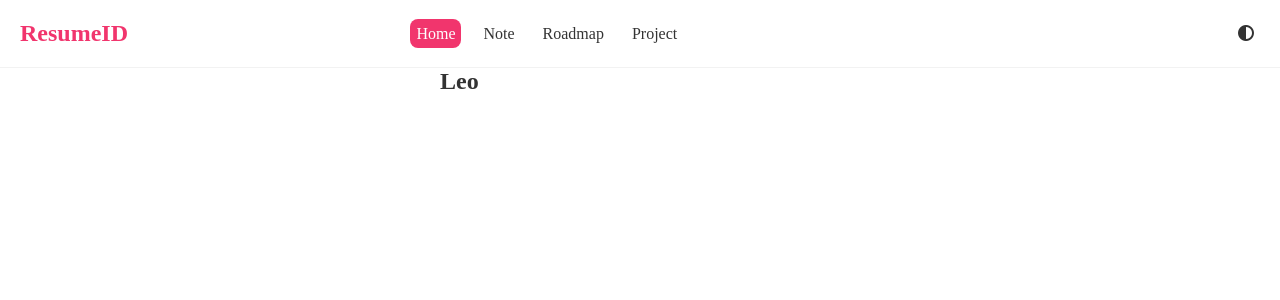
Repository: leo-play-code/ResumeID
Page: /
These files come from the project's save history. The page is drawn as it stood at one moment and after a run of saves; the edit follows.
The browser window is 1280 px wide. The pictures show the whole page.
Some web libraries are served in a nearby version. The project was rebuilt for these pictures with package versions that can differ from the ones it lists, and the page was loaded fresh each time. Also part of the build but not shown: src/Note/Note.js, src/Roadmap/Roadmap.js, src/Project/Project.js.

Above is the page before, as saved 2022-10-18 13:19:59.

### public/index.html
<!DOCTYPE html>
<html lang="en">
  <head>
    <meta charset="utf-8" />
    <link rel="icon" href="%PUBLIC_URL%/favicon.ico" />
    <meta name="viewport" content="width=device-width, initial-scale=1" />
    <meta name="theme-color" content="#000000" />
    <meta
      name="description"
      content="Web site created using create-react-app"
    />
    <link rel="apple-touch-icon" href="%PUBLIC_URL%/logo192.png" />
    <link rel="manifest" href="%PUBLIC_URL%/manifest.json" />

    <!-- fontawesome -->
    <script src="https://kit.fontawesome.com/14e9a4f90b.js" crossorigin="anonymous"></script>
    <title>React App</title>
  </head>
  <body>
    <noscript>You need to enable JavaScript to run this app.</noscript>
    <div id="root"></div>
  </body>
</html>

### src/index.css
/* base styles */
* {
  margin: 0;
  font-family: "Quicksand";
  color: #333;
}
.navbar {
  padding: 20px;
  display: flex;
  align-items: center;
  max-width: 100%;
  margin: 0 auto;
  border-bottom: 1px solid #f2f2f2;
}
.navbar h1 {
  color: #f1356d;
}
.navbar-center{
  margin-inline: auto;
}
.navbar-center .page-selected{
  color:white;
  background: #f1356d;
  border-radius: 8px;
  pointer-events: none;
}
.navbar .navbar-right {
  margin-left: auto;
}
.navbar a {
  margin-left: 16px;
  text-decoration: none;
  padding: 6px;
}
.navbar a:hover {
  color: #f1356d;
}
.content {
  max-width: 600px;
  margin: 40px auto;
  padding: 20px;
}

/* Home */
.Home .profile-container{
  width:400px;
  height:500px;
  margin: 0 auto;
}

### src/App.js
import Navbar from './Navbar/Navbar';
import { BrowserRouter as Router,Route,Switch} from 'react-router-dom'
import Home from './Home/Home';
import Note from './Note/Note';
import Roadmap from './Roadmap/Roadmap';
import Project from './Project/Project';

function App(){
    return (
        <Router>
            <div className="App">
            <Navbar />
                <Switch>
                    <Route exact path='/'>
                        <Home />
                    </Route>
                    <Route exact path='/Note'>
                        <Note />
                    </Route>
                    <Route exact path='/Roadmap'>
                        <Roadmap />
                    </Route>
                    <Route exact path='/Project'>
                        <Project />
                    </Route>

                </Switch>
            </div>
        </Router>

    )
}

export default App;

### src/Navbar/Navbar.js
import { useEffect, useState } from 'react';
import {Link} from 'react-router-dom';

function Navbar(){
    const [navbar_state,setPageState] = useState('');
    function ChangeColor(){
        console.log('changecolor')
    }
    function PageSelected(navbar_state){
        setPageState(navbar_state)
    }
    useEffect(()=>{
        const init_url_arr = window.location.href.split('/')
        const init_url_page = init_url_arr[init_url_arr.length-1]
        setPageState(init_url_page)
    })
    return (
        <nav className="navbar">
            <h1>ResumeID</h1>
            <span className='navbar-center'>
                {(navbar_state == '')&& <Link to="/" className='page-selected'>Home</Link>}
                {!(navbar_state == '')&&<Link to="/" onClick={()=>PageSelected('Home')}>Home</Link>}
                {(navbar_state == 'Note')&& <Link to="/Note" className='page-selected'>Note</Link>}
                {!(navbar_state == 'Note')&&<Link to="/Note" onClick={()=>PageSelected('Note')}>Note</Link>}
                {(navbar_state == 'Roadmap')&& <Link to="/Roadmap" className='page-selected'>Roadmap</Link>}
                {!(navbar_state == 'Roadmap')&&<Link to="/Roadmap" onClick={()=>PageSelected('Roadmap')}>Roadmap</Link>}
                {(navbar_state == 'Project')&& <Link to="/Project" className='page-selected'>Project</Link>}
                {!(navbar_state == 'Project')&&<Link to="/Project" onClick={()=>PageSelected('Project')}>Project</Link>}
            </span>
            <div className="navbar-right">
                <a onClick={ChangeColor}><i className="fa-solid fa-circle-half-stroke"></i></a>
            </div>
        </nav>
    )
}

export default Navbar ;

### src/Home/Home.js
function Home(){
    return(
        <div className="Home">
            <div className="profile-container">
                <h2>Leo</h2>
            </div>
        </div>
    )
}


export default Home ;

Loaded but not shown: src/index.js (common file); src/reportWebVitals.js (common file)

After the next 2 saves:
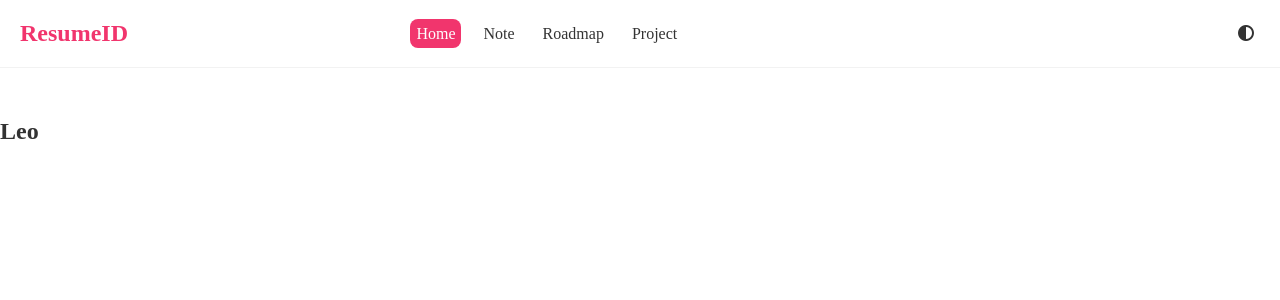
The 2 saves are shown as one change because they came seconds apart.
The last was saved 14 s later.
--- a/src/index.css
+++ b/src/index.css
@@ -45,5 +45,5 @@
 .Home .profile-container{
   width:400px;
   height:500px;
-  margin: 0 auto;
+  margin-top: 50px;
 }
